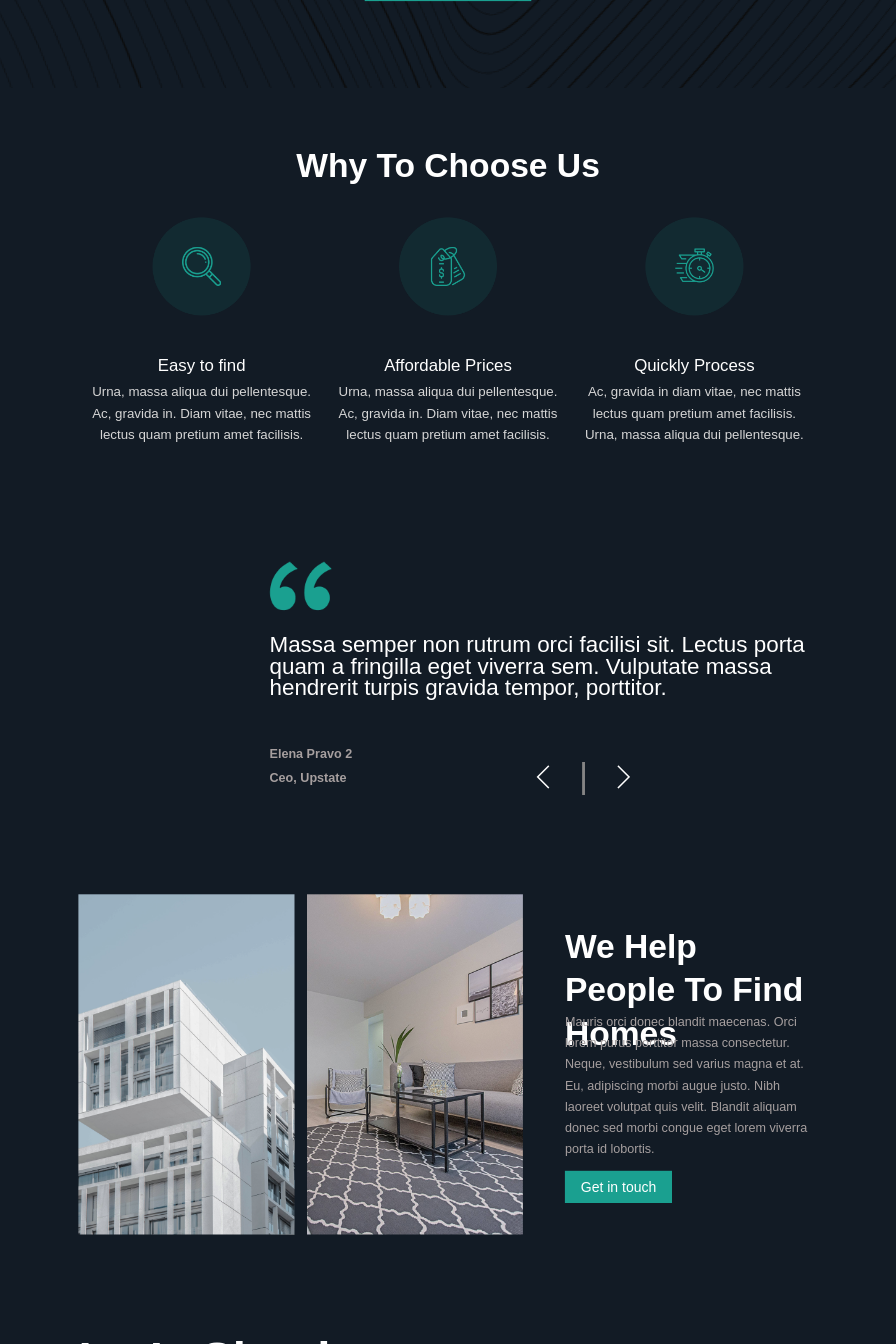
Repository: tung1233hhhhhhhhhhhhh/WebClone-Home
Page: index.html
An editor plug-in stored every save of this project. The page is shown before and after the next save, followed by the edit.
The browser window is 1280 px wide. The pictures show the part of the page from y = 1942 to 3862 px (the page is 4165 px tall), at 70% of full size.
After loading, the first visible `div.testimonial-next` was clicked once.

Above is the page before, as saved 2023-05-25 09:46:20.

### index.html
<!DOCTYPE html>
<html lang="en">

<head>
    <meta charset="UTF-8">
    <meta http-equiv="X-UA-Compatible" content="IE=edge">
    <meta name="viewport" content="width=device-width, initial-scale=1.0">
    <title>Document</title>
    <link rel="stylesheet" href="./assets/css/main.css">
    <link rel="stylesheet" href="./assets/css/root.css">
    <link rel="stylesheet" href="./assets/fonts/themify-icons/themify-icons.css">
</head>

<body>
    <div id="hearder">
        <div class="nav">
            <div class="nav-brand">
                <img src="./assets/img/logo.png" alt="">
            </div>
            <ul class="nav-list">
                <li><a href="">Home</a></li>
                <li><a href="">About Us</a></li>
                <li><a href="">Buying</a></li>
                <li><a href="">Renting</a> </li>
                <li><a href="">Selling</a> </li>
                <li><a href="">Contant Us</a> </li>
                <li><a href="">Pages
                        <i class="ti-angle-down"></i>
                    </a> </li>
                <li><button class="nav-btn-login">Login</button></li>
                <li><button class="nav-btn-signup">Sign Up</button></li>
            </ul>
        </div>
    </div>

    <!--billboard  -->

    <div id="billboard">
        <div class="container">
            <div class="main">
                <div class="billboard-text">
                    <h1>Perfect Way To Buy And Sell A Home</h1>
                    <p>Diam vitae, nec mattis lectus quam pretium amet facilisis. Urna, massa aliqua dui pellentesque.
                        Ac, gravida in eget non amet eget purus non.</p>
                    <div class="navbar-billboard">
                        <div class="container-billboard">

                            <div class="billboard-select">
                                <select name="" id="" class="form-select">
                                    <option value="">Purpose</option>
                                    <option value="">Buy</option>
                                    <option value="">Action</option>
                                    <option value="">Something else here</option>
                                </select>
                            </div>
                            <div class="billboard-select">
                                <select name="" id="" class="form-select">
                                    <option value="">Location</option>
                                    <option value="">Action</option>
                                    <option value="">Another action</option>
                                    <option value="">Something else here</option>
                                </select>
                            </div>
                            <div class="billboard-select">
                                <select name="" id="" class="form-select">
                                    <option value="">Action</option>
                                    <option value="">Another action</option>
                                    <option value="">Something else here</option>
                                    <option value="">Type</option>
                                </select>
                            </div>
                            <div class="billboard-btn">
                                <button class="btn-select">Search</button>
                            </div>
                        </div>
                    </div>
                </div>

                <div class="billboard-img"></div>

            </div>
        </div>
    </div>

    <!-- feature -->

    <div id="feature">
        <div class="container">
            <div class="feature-row">
                <h2>Featured In</h2>
            </div>
            <div class="feature-row row-logo">
                <div class="feature-logo">
                    <img src="./assets/img/logo1.png" alt="">
                </div>
                <div class="feature-logo">
                    <img src="./assets/img/logo2.png" alt="">
                </div>
                <div class="feature-logo">
                    <img src="./assets/img/logo3.png" alt="">
                </div>
                <div class="feature-logo">
                    <img src="./assets/img/logo4.png" alt="">
                </div>
                <div class="feature-logo">
                    <img src="./assets/img/logo6.png" alt="">
                </div>
            </div>
        </div>
    </div>

    <!-- residence -->

    <div id="residence">
        <div class="container">
            <h2 class="text-residence">Popular Residence</h2>
            <div class="btn-next"></div>
            <div class="btn-prev"></div>
            <div class="residence-content">
                <div class="wrapper-residence">
                    <div class="box-slide">
                        <div class="card">
                            <img src="./assets/img/katie-musial-Zf5zT1torbg-unsplash.png" alt="">
                            <div class="card-text">
                                <h5>Aliva Priva Jalvin</h5>
                                <p>1087 Pin Oak Drive, Clinton, USA</p>
                                <div class="card-logo">
                                    <ul>
                                        <li class="logo-list">
                                            <img src="./assets/img/bed.png" alt="">
                                            4 bed
                                        </li>
                                        <li class="logo-list">
                                            <img src="./assets/img/bath.png" alt="">
                                            2 bath
                                        </li>
                                        <li class="logo-list">
                                            <img src="./assets/img/square.png" alt="">
                                            1203 Sqft.
                                        </li>
                                    </ul>
                                </div>
                            </div>

                        </div>
                    </div>

                    <div class="box-slide">
                        <div class="card">
                            <img src="./assets/img/lance-anderson-QdAAasrZhdk-unsplash.png" alt="">
                            <div class="card-text">
                                <h5>Aliva Priva Jalvin</h5>
                                <p>1087 Pin Oak Drive, Clinton, USA</p>
                                <div class="card-logo">
                                    <ul>
                                        <li class="logo-list">
                                            <img src="./assets/img/bed.png" alt="">
                                            4 bed
                                        </li>
                                        <li class="logo-list">
                                            <img src="./assets/img/bath.png" alt="">
                                            2 bath
                                        </li>
                                        <li class="logo-list">
                                            <img src="./assets/img/square.png" alt="">
                                            1203 Sqft.
                                        </li>
                                    </ul>
                                </div>
                            </div>
                        </div>
                    </div>

                    <div class="box-slide">
                        <div class="card">
                            <img src="./assets/img/pexels-scott-webb-532569.png" alt="">
                            <div class="card-text">
                                <h5>Aliva Priva Jalvin</h5>
                                <p>1087 Pin Oak Drive, Clinton, USA</p>
                                <div class="card-logo">
                                    <ul>
                                        <li class="logo-list">
                                            <img src="./assets/img/bed.png" alt="">
                                            4 bed
                                        </li>
                                        <li class="logo-list">
                                            <img src="./assets/img/bath.png" alt="">
                                            2 bath
                                        </li>
                                        <li class="logo-list">
                                            <img src="./assets/img/square.png" alt="">
                                            1203 Sqft.
                                        </li>
                                    </ul>
                                </div>
                            </div>
                        </div>
                    </div>

                    <div class="box-slide">
                        <div class="card">
                            <img src="./assets/img/katie-musial-Zf5zT1torbg-unsplash.png" alt="">
                            <div class="card-text">
                                <h5>Aliva Priva Jalvin</h5>
                                <p>1087 Pin Oak Drive, Clinton, USA</p>
                                <div class="card-logo">
                                    <ul>
                                        <li class="logo-list">
                                            <img src="./assets/img/bed.png" alt="">
                                            4 bed
                                        </li>
                                        <li class="logo-list">
                                            <img src="./assets/img/bath.png" alt="">
                                            2 bath
                                        </li>
                                        <li class="logo-list">
                                            <img src="./assets/img/square.png" alt="">
                                            1203 Sqft.
                                        </li>
                                    </ul>
                                </div>
                            </div>

                        </div>
                    </div>

                    <div class="box-slide">
                        <div class="card">
                            <img src="./assets/img/lance-anderson-QdAAasrZhdk-unsplash.png" alt="">
                            <div class="card-text">
                                <h5>Aliva Priva Jalvin</h5>
                                <p>1087 Pin Oak Drive, Clinton, USA</p>
                                <div class="card-logo">
                                    <ul>
                                        <li class="logo-list">
                                            <img src="./assets/img/bed.png" alt="">
                                            4 bed
                                        </li>
                                        <li class="logo-list">
                                            <img src="./assets/img/bath.png" alt="">
                                            2 bath
                                        </li>
                                        <li class="logo-list">
                                            <img src="./assets/img/square.png" alt="">
                                            1203 Sqft.
                                        </li>
                                    </ul>
                                </div>
                            </div>
                        </div>
                    </div>

                    <div class="box-slide">
                        <div class="card">
                            <img src="./assets/img/pexels-scott-webb-532569.png" alt="">
                            <div class="card-text">
                                <h5>Aliva Priva Jalvin</h5>
                                <p>1087 Pin Oak Drive, Clinton, USA</p>
                                <div class="card-logo">
                                    <ul>
                                        <li class="logo-list">
                                            <img src="./assets/img/bed.png" alt="">
                                            4 bed
                                        </li>
                                        <li class="logo-list">
                                            <img src="./assets/img/bath.png" alt="">
                                            2 bath
                                        </li>
                                        <li class="logo-list">
                                            <img src="./assets/img/square.png" alt="">
                                            1203 Sqft.
                                        </li>
                                    </ul>
                                </div>
                            </div>
                        </div>
                    </div>


                </div>
            </div>
            <div class="residence-btn">
                <button>View all properties</button>
            </div>
        </div>
    </div>

    <!-- about-us -->

    <div id="about-us">
        <div class="container">
            <div class="main">
                <h2>Why To Choose Us</h2>
                <div class="about-content">
                    <div class="about-box">
                        <img src="./assets/img/search.png" alt="">
                        <h4>Easy to find</h4>
                        <p>Urna, massa aliqua dui pellentesque. Ac, gravida in. Diam vitae, nec mattis lectus quam
                            pretium amet facilisis.</p>
                    </div>
                    <div class="about-box">
                        <img src="./assets/img/price.png" alt="">
                        <h4>Affordable Prices</h4>
                        <p>Urna, massa aliqua dui pellentesque. Ac, gravida in. Diam vitae, nec mattis lectus quam
                            pretium amet facilisis.</p>
                    </div>
                    <div class="about-box">
                        <img src="./assets/img/time.png" alt="">
                        <h4>Quickly Process</h4>
                        <p>Ac, gravida in diam vitae, nec mattis lectus quam pretium amet facilisis. Urna, massa aliqua
                            dui pellentesque.
                    </div>
                </div>
            </div>
        </div>
    </div>

    <!-- testimonial -->

    <div id="testimonial">
        <div class="container js-testtimonial-contaier">
            <div class="testimonial-main">
                <div class="testimonial-wrapper">
                    <div class="slide-list">
                        <div class="slide-content">
                            <div class="slide-box">
                                <img src="./assets/img/quote.png" alt="">
                                <P>Massa semper non rutrum orci facilisi sit. Lectus porta quam a fringilla
                                    eget viverra sem. Vulputate massa hendrerit turpis gravida tempor, porttitor.</P>
                                <h1>Elena Pravo 1</h1>
                                <h2>Ceo, Upstate</h2>
                            </div>
                        </div>
                    </div>
                    <div class="slide-list">
                        <div class="slide-content">
                            <div class="slide-box">
                                <img src="./assets/img/quote.png" alt="">
                                <P>Massa semper non rutrum orci facilisi sit. Lectus porta quam a fringilla
                                    eget viverra sem. Vulputate massa hendrerit turpis gravida tempor, porttitor.</P>
                                <h1>Elena Pravo 2</h1>
                                <h2>Ceo, Upstate</h2>
                            </div>
                        </div>
                    </div>
                    <div class="slide-list">
                        <div class="slide-content">
                            <div class="slide-box">
                                <img src="./assets/img/quote.png" alt="">
                                <P>Massa semper non rutrum orci facilisi sit. Lectus porta quam a fringilla
                                    eget viverra sem. Vulputate massa hendrerit turpis gravida tempor, porttitor.</P>
                                <h1>Elena Pravo 3</h1>
                                <h2>Ceo, Upstate</h2>
                            </div>
                        </div>
                    </div>
                    <div class="slide-list">
                        <div class="slide-content">
                            <div class="slide-box">
                                <img src="./assets/img/quote.png" alt="">
                                <P>Massa semper non rutrum orci facilisi sit. Lectus porta quam a fringilla
                                    eget viverra sem. Vulputate massa hendrerit turpis gravida tempor, porttitor.</P>
                                <h1>Elena Pravo 4</h1>
                                <h2>Ceo, Upstate</h2>
                            </div>
                        </div>
                    </div>
                    <div class="slide-list">
                        <div class="slide-content">
                            <div class="slide-box">
                                <img src="./assets/img/quote.png" alt="">
                                <P>Massa semper non rutrum orci facilisi sit. Lectus porta quam a fringilla
                                    eget viverra sem. Vulputate massa hendrerit turpis gravida tempor, porttitor.</P>
                                <h1>Elena Pravo 5</h1>
                                <h2>Ceo, Upstate</h2>
                            </div>
                        </div>
                    </div>
                </div>
                <div class="testimonial-btn">
                    <div class="testimonial-prev">
                        <i class="ti-angle-left"></i>
                    </div>
                    <span>|</span>
                    <div class="testimonial-next">
                        <i class="ti-angle-right"></i>
                    </div>
                </div>
            </div>
        </div>
    </div>


    <!-- help -->

    <div id="help">
        <div class="container">
            <div class="help-main">
                <div class="help-img">
                    <img src="./assets/img/Group 1.png" alt="">
                </div>
                <div class="help-text">
                    <h2>We Help People To Find Homes</h2>
                    <p>Mauris orci donec blandit maecenas. Orci lorem purus porttitor massa consectetur. Neque,
                        vestibulum sed varius magna et at. Eu, adipiscing morbi augue justo. Nibh laoreet volutpat quis
                        velit. Blandit aliquam donec sed morbi congue eget lorem viverra porta id lobortis.</p>
                    <button>Get in touch</button>
                </div>
            </div>
        </div>
    </div>

    <!-- start -->

    <div id="start">
        <div class="container">
            <div class="start-main">
                <div class="start-left">
                    <h1>Let’s simply begin with rentiz.</h1>
                </div>
                <div class="start-right">
                    <p>Neque, vestibulum sed varius magna et at. Eu, adipiscing morbi augue justo. Nibh
                        laoreet volutpat quis velit. Blandit aliquam donec sed morbi congue eget lorem viverra porta id
                        lobortis.</p>
                    <button>Get Started</button>
                </div>
            </div>
        </div>
    </div>

    <!-- footer -->

    <footer>

    </footer>
    <script src="./js/index.js"></script>
</body>

</html>

### assets/css/root.css
:root {
    --accent-color: #1AA090;
    --dark-color: #121B25;
    --grey-color: #83898F;
    --body-text-color: #FFFFFF;
    --light-text-color: #a69f9f;
    --link-color: #092035;
}

### js/index.js
window.addEventListener("load", function () {
  const sliderMain = document.querySelector(".testimonial-wrapper");
  const sliderItems = document.querySelectorAll(".slide-list");
  const prevTestimonial = document.querySelector(".testimonial-prev");
  const nextTestimonial = document.querySelector(".testimonial-next");
  const sliderItemWidth = sliderItems[0].offsetWidth;
  const sliderLength = sliderItems.length;
  let postionX = 0;
  let index = 0;
  nextTestimonial.addEventListener("click", function () {
    handleChangeSlide(1);
  });
  prevTestimonial.addEventListener("click", function () {
    handleChangeSlide(-1);
  });
  function handleChangeSlide(direction) {
    index = Math.max(Math.min(index + direction, sliderLength - 1), 0);
    postionX = -index * sliderItemWidth;
    postionX += 23;
    sliderMain.style.transform = `translateX(${postionX}px)`;
  }
});

Loaded but not shown: assets/fonts/themify-icons/themify-icons.css (common file); assets/css/main.css (580 lines, source omitted)

After the next save:
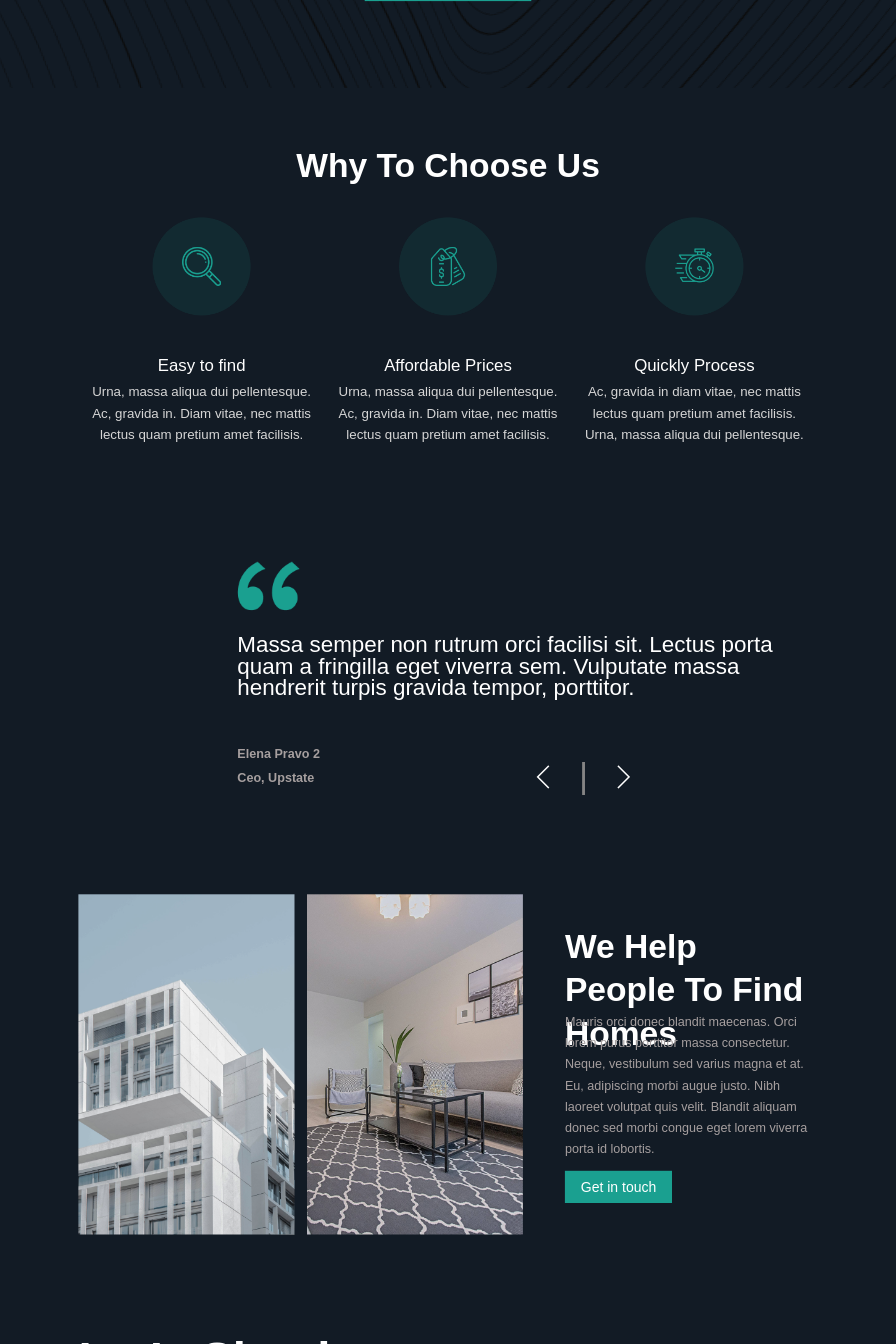
Saved 54 s later.
--- a/js/index.js
+++ b/js/index.js
@@ -16,7 +16,7 @@ window.addEventListener("load", function () {
   function handleChangeSlide(direction) {
     index = Math.max(Math.min(index + direction, sliderLength - 1), 0);
     postionX = -index * sliderItemWidth;
-    postionX += 23;
+    postionX -= 23;
     sliderMain.style.transform = `translateX(${postionX}px)`;
   }
 });
